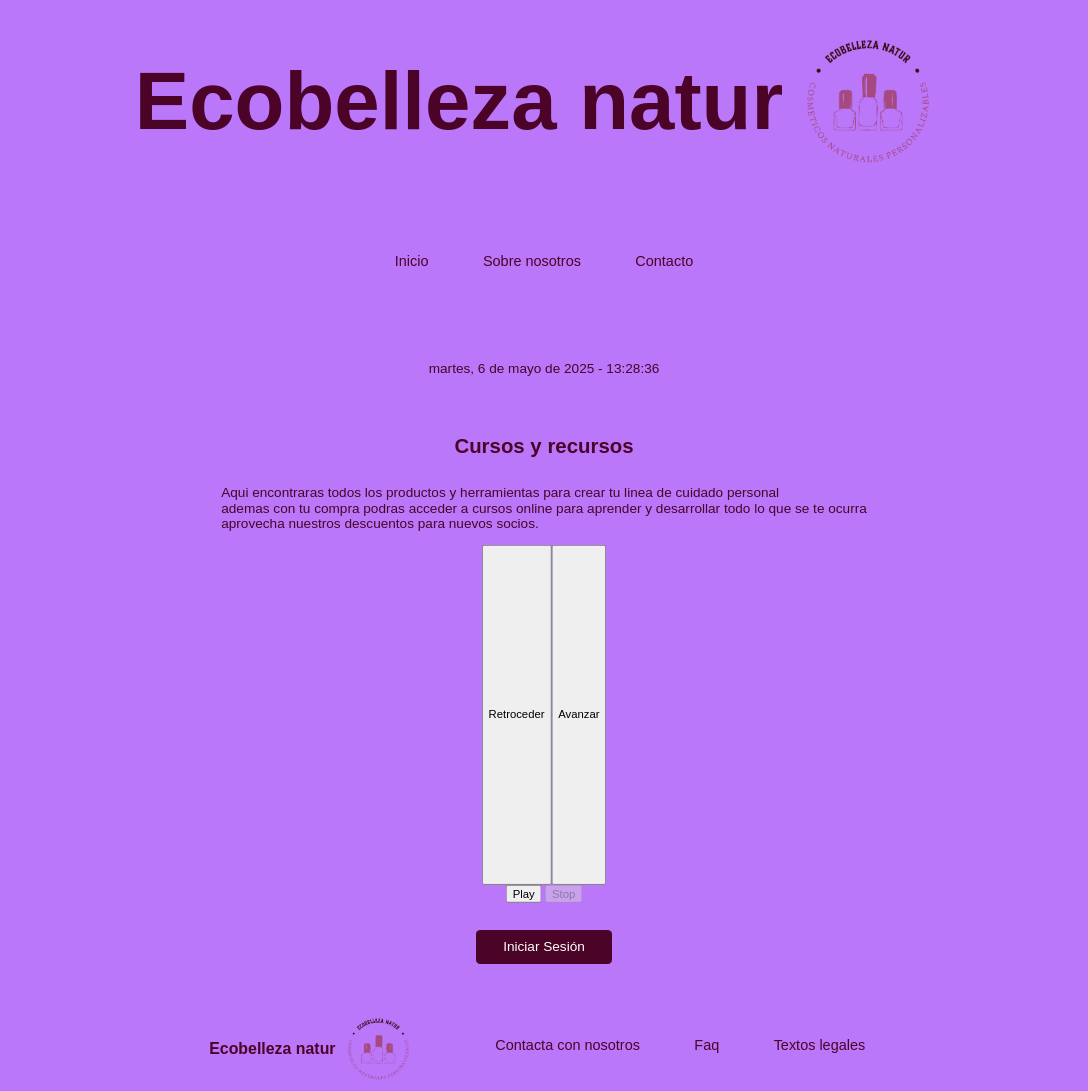
Repository: silvia76-max/ecobelleza-natur
Page: about.html
An editor plug-in stored every save of this project. The page is shown before and after the next save, followed by the edit.
The browser window is 1280 px wide. The pictures show the whole page, at 85% of full size.
Some web fonts or font styles are not loaded; a fallback is used.

Above is the page before, as saved 2025-05-08 12:50:20.
Console error: ReferenceError: IMAGENES is not defined

### about.html
<!DOCTYPE html>
<html lang="en">
<head>
    <meta charset="UTF-8">
    <meta name="viewport" content="width=device-width, initial-scale=1.0">
    <title>Ecobelleza natur</title>
    <link rel="stylesheet" href="styles/style.css">
    <link rel="stylesheet" href="styles/about.css">
    <link rel="icon" type="image/svg+xml" href="/favicon.svg" />
    <link rel="preconnect" href="https://fonts.googleapis.com">
<link rel="preconnect" href="https://fonts.gstatic.com" crossorigin>
<link href="https://fonts.googleapis.com/css2?family=Montserrat:ital,wght@0,100..900;1,100..900&family=Winky+Sans:ital,wght@0,300..900;1,300..900&display=swap" rel="stylesheet">
</head>
<body>
    <header class="hero">
     <h1>Ecobelleza natur</h1>
     <img src="img/logo.png" alt="logo ecobelleza natur">
    </header>
     <nav class="navbar">
        <ul>
            <li><a href="index.html">Inicio</a></li>
            <li><a href="about.html">Sobre nosotros</a></li>
            <li><a href="contacto.html">Contacto</a></li>
        </ul>
     </nav>
     <main class="contenedor">
        <div id="dateTimeDisplay" class="date-container">Cargando...</div>
     </main>
     <article class="content">
        <h2>Cursos y recursos</h2>
        <p>Aqui encontraras todos los productos y herramientas para crear tu linea de cuidado personal<br>
        ademas con tu compra podras acceder a cursos online para aprender y desarrollar todo lo que se te ocurra<br>
        aprovecha nuestros descuentos para nuevos socios.</p>
        <div class="carousel">
        <img src="img/cosmetica2.jpg" style="display: none">
        <img src="img/cosmetica3.jpg" style="display: none">
        <img src="img/cosmetica4.jpg" style="display: none">
        <img src="img/cosmetica5.jpg" style="display: none">
        <img src="img/cosmetica6.jpg" style="display: none">
        <img src="img/imagen1.jpg" style="display: none">
        <img src="img/imagen2.jpg" style="display: none">
        <img src="img/imagen3.jpg" style="display: none">
        <img src="img/imagen4.jpg" style="display: none">
        <img src="img/imagen5.jpg" style="display: none">

        <button id="retroceder">Retroceder</button>
        <div id="imagen"></div>
        <button id="avanzar">Avanzar</button>
    </div>
    <div class="controles">
        <button id="play">Play</button>
        <button id="stop" disabled>Stop</button>
    </div>

     </article>
  <!-- Botón que abre el popup -->
  <button id="openLogin" type="button" class="boton">Iniciar Sesión</button>


  <!-- Modal (popup) -->
  <div id="loginModal" class="modal">
    <div class="modal-content">
      <span class="close">&times;</span>

    <form id="loginForm">
      <h2>Iniciar Sesión</h2>

      <div class="input-group">
        <label for="email">Email</label>
        <input type="email" id="email" required>
      </div>

      <div class="input-group">
        <label for="password">Contraseña</label>
        <div class="password-wrapper">
          <input type="password" id="password" required>
          <span id="togglePassword" class="toggle-eye">👁️</span>
        </div>
      </div>

      <button type="submit" id="boton">Entrar</button>
    </form>

  </div>
</div>



    <footer>
        <h3>Ecobelleza natur</h3>
        <img src="img/logo.png" alt="logo ecobelleza natur">
        <ul>
         <li><a href="donde nos encontramos"></a>Contacta con nosotros</li>
         <li><a href="preguntas frecuentes"></a>Faq</li>
         <li><a href="textos legales"></a>Textos legales</li>
       </ul>
     </footer>
     <script src="script.js"></script>
 </body>
 </html>

### styles/style.css
body{
    margin:0%;
    padding:0%;
    font-family: "Winky Sans", sans-serif;
    font-style: bold;
    background-color: rgb(186, 119, 250);
  }
header{
    display: flex;
    justify-content: center;
    align-items: center;
}
.hero h1{
    color: rgb(75, 3, 39);
    font-size: 6rem;
}
.hero img{
    width: 200px;
    height: 200px;

}
.navbar{
    display: flex;
   justify-content: center;
   align-items:center;

}
.navbar ul, li, a{
    text-decoration: none;
    list-style: none;
    float: left;
    color:rgb(75, 3, 39);
    text-align: center;
    padding: 14px 16px;
    text-decoration: none;
    font-size: 17px;
}
.contenedor {
    max-width: 100%;
    margin: 3rem auto;
    text-align: center;
    color: rgb(75, 3, 39);
}

.container{
    display: flex;
    flex-direction: column;
    justify-content: center;
    align-items:center;
}
.container h2{
    font-size: 1.5rem;
    color:rgb(75, 3, 39);
}

.container p{
    font-size: 1rem;
    color:rgb(75, 3, 39);

}
.images {
    display: grid;
    grid-template-columns: repeat(3, 1fr);
    gap: 1rem;
    justify-content: center;
    margin-bottom: 2rem;
}
.images img {
    width: 100%;
    max-width: 250px;
    height: auto;
    border-radius: 10px;
    box-shadow: 0 4px 6px rgba(0, 0, 0, 0.1);
}


footer{
    margin-top: 50px;
    display: flex;
    justify-content: center;
    align-items:center;
 }
 footer ul {
    color: rgb(75, 3, 39);
    text-decoration: none;
    list-style: none;
 }
footer h3{
    color: rgb(75, 3, 39);
}
footer img{
    width: 100px;
    height: 100px;
    justify-content: center;
    align-items:center;
}
/* Media Query para moviles */
@media (max-width: 768px) {
    .hero h1 {
        font-size: 3rem;
    }

    .navbar {
        flex-direction: column;
    }

    .navbar a {
        padding: 12px 20px;
        font-size: 1.2rem;
    }

    .container h2 {
        font-size: 1.8rem;
    }

    .container p {
        font-size: 1.1rem;
    }

    .images {
        grid-template-columns: repeat(2, 1fr);
    }

    footer h3 {
        font-size: 1.8rem;
    }

    footer img {
        width: 60px;
        height: 60px;
    }

    footer ul {
        flex-direction: column;
    }

    footer ul li {
        margin-bottom: 0.5rem;
    }
}

### styles/about.css


.contenedor {
  max-width: 100%;
  margin: 3rem auto;
  text-align: center;
  color: rgb(75, 3, 39);
}
 .content{
    display: flex;
    flex-direction: column;
    justify-content: center;
    align-items: center;
 }
.content h2{
    font-size: 1.5rem;
    color:rgb(75, 3, 39);
}
.content p{
    font-size: 1rem;
    color:rgb(75, 3, 39);

}
.carousel {
  max-width: 800px;
  margin: 0 auto;
  display: flex;
}
#imagen {
  width: 100%;
  height: 400px;
  background-size: cover;
}
  #openLogin {
    margin: 2rem auto;
    display: block;
    padding: 0.7rem 2rem;
    border: none;
    background: rgb(75, 3, 39);
    color: white;
    font-size: 1rem;
    border-radius: 5px;
    cursor: pointer;
    transition: background 0.3s;
}

#openLogin:hover {
    background: rgb(188, 1, 95);
}

.login-container {
    background: #fff;
    padding: 2rem;
    border-radius: 10px;
    box-shadow: 0 0 10px rgba(0,0,0,0.1);
    width: 300px;
  }

  h2 {
    text-align: center;
    margin-bottom: 1rem;
  }


  .input-group {
    margin-bottom: 1rem;
  }

  .input-group label {
    display: block;
    margin-bottom: 0.5rem;
  }

  .input-group input {
    width: 100%;
    padding: 0.5rem;
    box-sizing: border-box;
  }

  .password-wrapper {
    position: relative;
  }

  .password-wrapper input {
    padding-right: 2.5rem;
  }

  .toggle-eye {
    position: absolute;
    right: 10px;
    top: 50%;
    transform: translateY(-50%);
    cursor: pointer;
  }


  .boton {
    margin: 0 auto;
    display:block;
    padding: 0.7rem;
    border: none;
    background:rgb(75, 3, 39);
    color: white;
    font-size: 1rem;
    border-radius: 5px;
    cursor: pointer;
    transition: background 0.3s;
  }

  .boton:hover{
    background:rgb(188, 1, 95);
  }
  /* Modal */
.modal {
    display: none;
    position: fixed;
    z-index: 1000;
    left: 0;
    top: 0;
    width: 100%;
    height: 100%;
    overflow: auto;
    background-color: rgba(0,0,0,0.5);
  }

  /* Contenido del Modal */
  .modal-content {
    background-color: #df82eba0;
    margin: 10% auto;
    padding: 2rem;
    border-radius: 10px;
    width: 300px;
    position: relative;
    box-shadow: 0 4px 8px rgba(1, 1, 1, 1);
	}


  /* Botón cerrar (X) */
  .close {
    position: absolute;
    right: 15px;
    top: 10px;
    font-size: 24px;
    font-weight: bold;
    cursor: pointer;
  }
  /* Media Query para moviles */
@media (max-width: 768px) {
    .hero h1 {
        font-size: 3rem;
    }

    .navbar {
        flex-direction: column;
    }

    .navbar a {
        padding: 12px 20px;
        font-size: 1.2rem;
    }

    .content h2 {
        font-size: 1.8rem;
    }

    .content p {
        font-size: 1.1rem;
    }

    .images_about {
        grid-template-columns: repeat(2, 1fr);
    }

    footer h3 {
        font-size: 1.8rem;
    }

    footer img {
        width: 60px;
        height: 60px;
    }

    footer ul {
        flex-direction: column;
    }

    footer ul li {
        margin-bottom: 0.5rem;
    }
}

### script.js
//1- Script Fecha y Hora
function updateDateTime() {
    const dateTimeDisplay = document.getElementById("dateTimeDisplay");
    if (!dateTimeDisplay) return;

    const now = new Date();
    const options = { weekday: 'long', year: 'numeric', month: 'long', day: 'numeric' };
    const formattedDate = now.toLocaleDateString('es-ES', options);
    const formattedTime = now.toLocaleTimeString('es-ES', { hour: '2-digit', minute: '2-digit', second: '2-digit' });

    dateTimeDisplay.textContent = `${formattedDate} - ${formattedTime}`;
  }
  updateDateTime();
  setInterval(updateDateTime, 1000);

//2- activar boton submit al aceptar condiciones del checkbox
  const acceptTerms = document.getElementById('acceptTerms');
  const submitBtn = document.getElementById('submitBtn');

  if (acceptTerms && submitBtn) {
    acceptTerms.addEventListener('change', () => {
      submitBtn.disabled = !acceptTerms.checked;
    });
  }

//3-modal con login
  const modal = document.getElementById('loginModal');
  const openBtn = document.getElementById('openLogin');
  const closeBtn = document.querySelector('.close');

  if (openBtn && modal) {
    openBtn.addEventListener('click', () => {
      modal.style.display = 'block';
    });
  }

  if (closeBtn && modal) {
    closeBtn.addEventListener('click', () => {
      modal.style.display = 'none';
    });
  }

  //cerrar modal (X)
  if (modal) {
    window.addEventListener('click', (e) => {
      if (e.target === modal) {
        modal.style.display = 'none';
      }
    });
  }
//4-cambio de imagenes en about
window.onload = function () {

  const TIEMPO_INTERVALO_MILESIMAS_SEG = 1000;
  let posicionActual = 0;
  let $botonRetroceder = document.querySelector('#retroceder');
  let $botonAvanzar = document.querySelector('#avanzar');
  let $imagen = document.querySelector('#imagen');
  let $botonPlay = document.querySelector('#play');
  let $botonStop = document.querySelector('#stop');
  let intervalo;


  function pasarFoto() {
      if(posicionActual >= IMAGENES.length - 1) {
          posicionActual = 0;
      } else {
          posicionActual++;
      }
      renderizarImagen();
  }


  function retrocederFoto() {
      if(posicionActual <= 0) {
          posicionActual = IMAGENES.length - 1;
      } else {
          posicionActual--;
      }
      renderizarImagen();
  }


  function renderizarImagen () {
      $imagen.style.backgroundImage = `url(${IMAGENES[posicionActual]})`;
  }


  function playIntervalo() {
      intervalo = setInterval(pasarFoto, TIEMPO_INTERVALO_MILESIMAS_SEG);
      $botonAvanzar.setAttribute('disabled', true);
      $botonRetroceder.setAttribute('disabled', true);
      $botonPlay.setAttribute('disabled', true);
      $botonStop.removeAttribute('disabled');

  }

  function stopIntervalo() {
      clearInterval(intervalo);
      $botonAvanzar.removeAttribute('disabled');
      $botonRetroceder.removeAttribute('disabled');
      $botonPlay.removeAttribute('disabled');
      $botonStop.setAttribute('disabled', true);
  }
  $botonAvanzar.addEventListener('click', pasarFoto);
  $botonRetroceder.addEventListener('click', retrocederFoto);
  $botonPlay.addEventListener('click', playIntervalo);
  $botonStop.addEventListener('click', stopIntervalo);

  renderizarImagen();
}

After the next save:
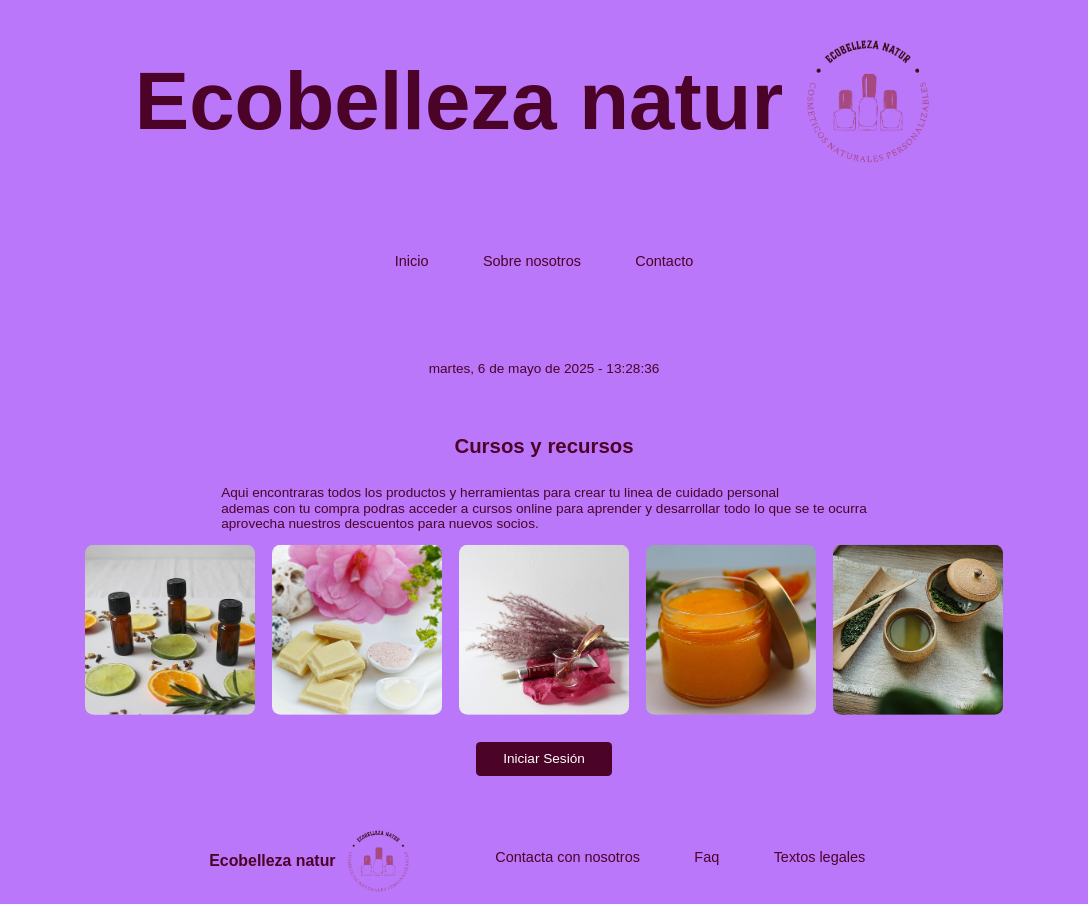
The error is gone.
Saved 90 s later.
--- a/about.html
+++ b/about.html
@@ -31,26 +31,13 @@
         <p>Aqui encontraras todos los productos y herramientas para crear tu linea de cuidado personal<br>
         ademas con tu compra podras acceder a cursos online para aprender y desarrollar todo lo que se te ocurra<br>
         aprovecha nuestros descuentos para nuevos socios.</p>
-        <div class="carousel">
-        <img src="img/cosmetica2.jpg" style="display: none">
-        <img src="img/cosmetica3.jpg" style="display: none">
-        <img src="img/cosmetica4.jpg" style="display: none">
-        <img src="img/cosmetica5.jpg" style="display: none">
-        <img src="img/cosmetica6.jpg" style="display: none">
-        <img src="img/imagen1.jpg" style="display: none">
-        <img src="img/imagen2.jpg" style="display: none">
-        <img src="img/imagen3.jpg" style="display: none">
-        <img src="img/imagen4.jpg" style="display: none">
-        <img src="img/imagen5.jpg" style="display: none">
-
-        <button id="retroceder">Retroceder</button>
-        <div id="imagen"></div>
-        <button id="avanzar">Avanzar</button>
-    </div>
-    <div class="controles">
-        <button id="play">Play</button>
-        <button id="stop" disabled>Stop</button>
-    </div>
+        <div class="images_about">
+        <img src="img/cosmetica2.jpg" alt="Productos naturales de belleza">
+        <img src="img/cosmetica3.jpg" alt="Productos naturales de belleza">
+        <img src="img/cosmetica4.jpg" alt="Productos naturales de belleza">
+        <img src="img/cosmetica5.jpg" alt="Productos naturales de belleza">
+        <img src="img/cosmetica6.jpg" alt="Productos naturales de belleza">
+       </div>
 
      </article>
   <!-- Botón que abre el popup -->
--- a/styles/about.css
+++ b/styles/about.css
@@ -21,16 +21,19 @@
     color:rgb(75, 3, 39);
 
 }
-.carousel {
-  max-width: 800px;
-  margin: 0 auto;
-  display: flex;
-}
-#imagen {
-  width: 100%;
-  height: 400px;
-  background-size: cover;
-}
+.images_about {
+    display: flex;
+    flex-wrap: wrap;
+    justify-content: center;
+    gap: 20px;
+  }
+
+  .images_about img {
+    width: 200px;
+    height: 200px;
+    object-fit: cover;
+    border-radius: 10px;
+  }
   #openLogin {
     margin: 2rem auto;
     display: block;
--- a/script.js
+++ b/script.js
@@ -49,63 +49,3 @@ function updateDateTime() {
     });
   }
 //4-cambio de imagenes en about
-window.onload = function () {
-
-  const TIEMPO_INTERVALO_MILESIMAS_SEG = 1000;
-  let posicionActual = 0;
-  let $botonRetroceder = document.querySelector('#retroceder');
-  let $botonAvanzar = document.querySelector('#avanzar');
-  let $imagen = document.querySelector('#imagen');
-  let $botonPlay = document.querySelector('#play');
-  let $botonStop = document.querySelector('#stop');
-  let intervalo;
-
-
-  function pasarFoto() {
-      if(posicionActual >= IMAGENES.length - 1) {
-          posicionActual = 0;
-      } else {
-          posicionActual++;
-      }
-      renderizarImagen();
-  }
-
-
-  function retrocederFoto() {
-      if(posicionActual <= 0) {
-          posicionActual = IMAGENES.length - 1;
-      } else {
-          posicionActual--;
-      }
-      renderizarImagen();
-  }
-
-
-  function renderizarImagen () {
-      $imagen.style.backgroundImage = `url(${IMAGENES[posicionActual]})`;
-  }
-
-
-  function playIntervalo() {
-      intervalo = setInterval(pasarFoto, TIEMPO_INTERVALO_MILESIMAS_SEG);
-      $botonAvanzar.setAttribute('disabled', true);
-      $botonRetroceder.setAttribute('disabled', true);
-      $botonPlay.setAttribute('disabled', true);
-      $botonStop.removeAttribute('disabled');
-
-  }
-
-  function stopIntervalo() {
-      clearInterval(intervalo);
-      $botonAvanzar.removeAttribute('disabled');
-      $botonRetroceder.removeAttribute('disabled');
-      $botonPlay.removeAttribute('disabled');
-      $botonStop.setAttribute('disabled', true);
-  }
-  $botonAvanzar.addEventListener('click', pasarFoto);
-  $botonRetroceder.addEventListener('click', retrocederFoto);
-  $botonPlay.addEventListener('click', playIntervalo);
-  $botonStop.addEventListener('click', stopIntervalo);
-
-  renderizarImagen();
-}
